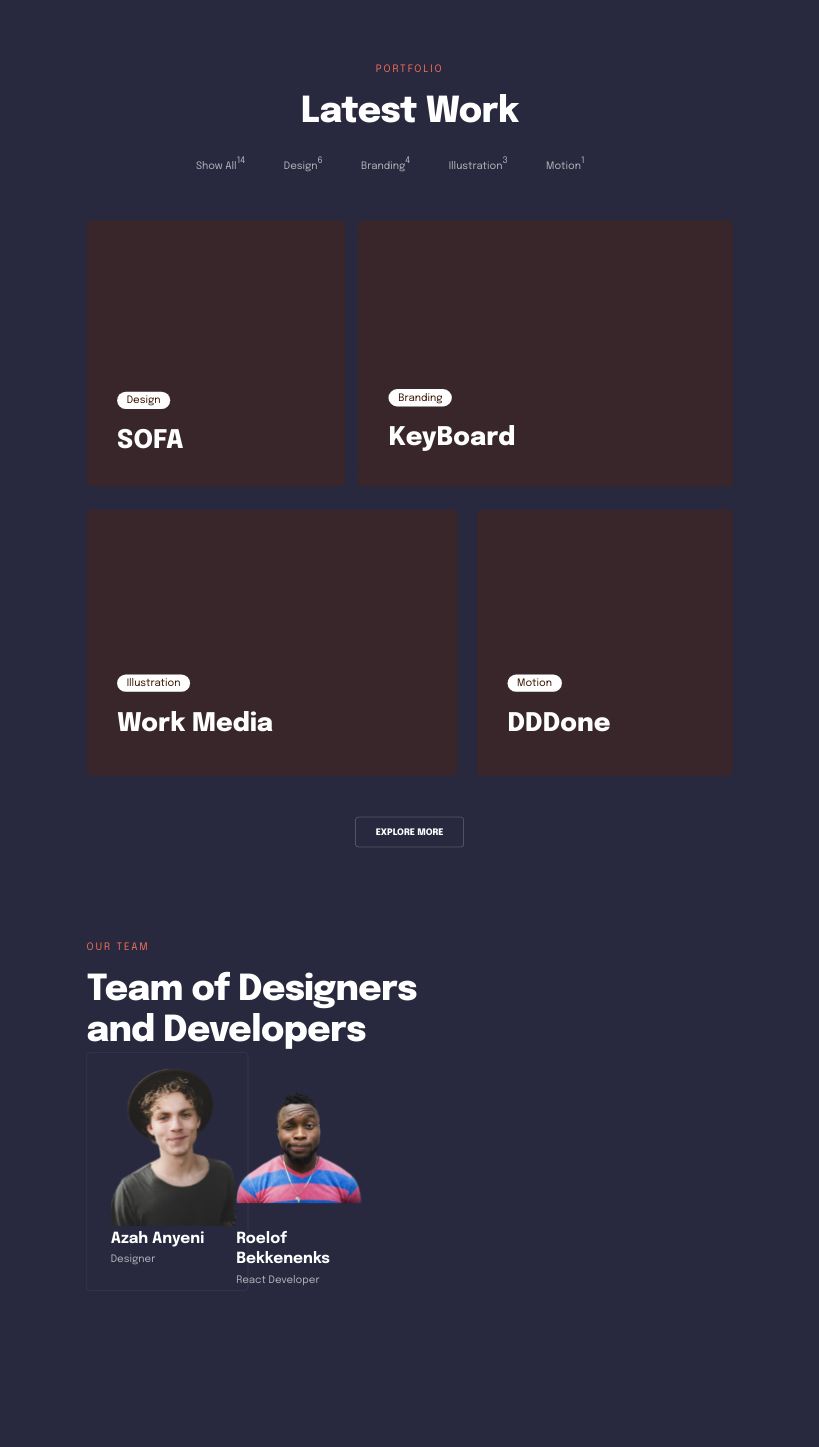
Repository: FidanXankishiyeva/figma-positions-task
Page: index.html
The author's editor kept a copy of each file at every save. The page is drawn from the files as they stood at one save, then again after the next save.
The browser window is 1280 px wide. The pictures show the whole page, at 64% of full size.

Above is the page before, as saved 2023-08-10 13:34:16.

### index.html
<!DOCTYPE html>
<html lang="en">

<head>
    <meta charset="UTF-8">
    <meta name="viewport" content="width=device-width, initial-scale=1.0">
    <title>Document</title>
    <link rel="stylesheet" href="index.css">
</head>

<body>
    <div class="container">
        <div class="page-1">
            <div class="text-box">
                <h1>Portfolio</h1>
                <h2>Latest Work</h2>
            </div>
            <nav class="position-box">
                <ul>
                    <li>
                        <h1>Show All</h1>
                        <p>14</p>
                    </li>
                    <li>
                        <h1>Design</h1>
                        <p>6</p>
                    </li>
                    <li>
                        <h1>Branding</h1>
                        <p>4</p>
                    </li>
                    <li>
                        <h1>Illustration</h1>
                        <p>3</p>
                    </li>
                    <li>
                        <h1>Motion</h1>
                        <p>1</p>
                    </li>
                </ul>
            </nav>
            <div class="photo-box">
                <div class="sofa-box">
                    <img src="./photo/sofa.svg" alt="">
                    <div class="design-box">
                        <a href="#">Design</a>
                        <p>SOFA</p>

                    </div>
                </div>
                <div class="keyboard-box">
                    <img src="./photo/keyboard.svg" alt="">
                    <div class="branding-box">
                        <a href="#">Branding</a>
                        <p>KeyBoard</p>
                    </div>
                </div>
            </div>

            <div class="photo-box-2">
                <div class="work-media">
                    <img src="./photo/Work-Media.svg" alt="">
                    <div class="illustration-box">
                        <a href="#">Illustration</a>
                        <p>Work Media</p>
                    </div>
                </div>
                <div class="done-box">
                    <img src="./photo/done.svg" alt="">
                    <div class="motion-box">
                        <a href="#">Motion</a>
                        <p>DDDone</p>
                    </div>
                </div>
            </div>
            <button>
                Explore more
            </button>
        </div>
        <div class="page-2">
            <div class="text-box-2">
                <h3 >Our Team</h3>
                <h4>Team of Designers
                    and Developers</h4>
            </div>
            <div class="team-person">
                <ul>
                    <li>
                        <img src="./photo/azah.svg" alt="">
                        <h5>Azah Anyeni</h5>
                        <h6>Designer</h6>
                    </li>
                    <li>
                        <img src="./photo/roelof.svg" alt="">
                        <h5>Roelof Bekkenenks</h5>
                        <h6>React Developer</h6>
                    </li>
                </ul>
            </div>
        </div>
    </div>

</body>

</html>

### index.css
@import url("https://fonts.googleapis.com/css2?family=Epilogue:wght@400;700;800&display=swap");
* {
  margin: 0;
  padding: 0;
  box-sizing: border-box;
}

.container {
  width: 100%;
  background-color: #28293e;
}

.page-1 {
  padding: 92px 135px 0 135px;
}
.text-box h1 {
  margin-bottom: 20px;
  color: var(--text-light-accent, #ef6d58);
  text-align: center;
  font-feature-settings: "clig" off, "liga" off;
  font-family: Epilogue;
  font-size: 16px;
  font-style: normal;
  font-weight: 400;
  line-height: 32px;
  letter-spacing: 3px;
  text-transform: uppercase;
}

.text-box h2 {
  margin-bottom: 36px;
  color: var(--text-light, #fff);
  text-align: center;
  font-feature-settings: "clig" off, "liga" off;
  font-family: Epilogue;
  font-size: 56px;
  font-style: normal;
  font-weight: 800;
  line-height: 64px;
  letter-spacing: -1px;
}

.position-box ul {
  display: flex;
  justify-content: center;
}

.position-box ul li {
  list-style-type: none;
  margin-right: 60px;
  display: flex;
}

.position-box ul li h1 {
  color: var(--text-light-gray, rgba(255, 255, 255, 0.64));
  font-feature-settings: "clig" off, "liga" off;
  font-family: Epilogue;
  font-size: 16px;
  font-style: normal;
  font-weight: 400;
  line-height: 32px;
}

.position-box ul li p {
  color: var(--text-light-gray, rgba(255, 255, 255, 0.64));
  text-align: center;
  font-feature-settings: "clig" off, "liga" off;
  font-family: Epilogue;
  font-size: 14px;
  font-style: normal;
  font-weight: 400;
}

.photo-box {
  display: flex;
  justify-content: space-between;
  margin-top: 68px;
}

.sofa-box {
  width: 40%;
  position: relative;
}

.design-box {
  position: absolute;
  bottom: 51px;
  left: 48px;
  /* top: 50%;
    left: 50%;
    transform: translate(-50%, -50%); */
}

.sofa-box img {
  width: 100%;
  height: 416px;
  margin-right: 30px;
  border-radius: 6px;
  opacity: 0.3181;
  background: #5c2000;
}

.photo-box a {
  width: 84px;
  height: 38px;
  padding: 5px 15px;
  text-decoration: none;
  border-radius: 19px;
  background: #fff;
  color: var(--text-dark, #391400);
  font-feature-settings: "clig" off, "liga" off;
  font-family: Epilogue;
  font-size: 16px;
  font-style: normal;
  font-weight: 400;
  line-height: 32px;
}

.photo-box p {
  margin-top: 23px;
  color: var(--text-light, #fff);
  font-feature-settings: "clig" off, "liga" off;
  font-family: Epilogue;
  font-size: 40px;
  font-style: normal;
  font-weight: 800;
  line-height: 48px;
}

.keyboard-box {
  position: relative;
  width: 58%;
  height: 416px;
}

.keyboard-box img {
  width: 100%;
  height: 100%;
  border-radius: 6px;
  opacity: 0.3181;
  background: #5c2000;
}

.branding-box {
  position: absolute;
  bottom: 51px;
  left: 48px;
}

.photo-box-2 {
  display: flex;
  justify-content: space-between;
  margin-top: 32px;
}

.work-media {
  position: relative;
  margin-right: 30px;
  width: 58%;
  height: 416px;
}

.work-media img {
  width: 100%;
  height: 100%;
  border-radius: 6px;
  opacity: 0.3181;
  background: #5c2000;
}

.photo-box-2 a {
  padding: 5px 15px;
  border-radius: 19px;
  text-decoration: none;
  background: #fff;
  color: var(--text-dark, #391400);
  font-feature-settings: "clig" off, "liga" off;
  font-family: Epilogue;
  font-size: 16px;
  font-style: normal;
  font-weight: 400;
  line-height: 32px;
}

.photo-box-2 p {
  margin-top: 23px;
  color: var(--text-light, #fff);
  font-feature-settings: "clig" off, "liga" off;
  font-family: Epilogue;
  font-size: 40px;
  font-style: normal;
  font-weight: 800;
  line-height: 48px;
}

.illustration-box {
  position: absolute;
  top: 256px;
  left: 48px;
}

.done-box {
  position: relative;
  width: 40%;
  height: 416px;
}

.done-box img {
  width: 100%;
  height: 100%;

  border-radius: 6px;
  opacity: 0.3181;
  background: #5c2000;
}

.motion-box {
  position: absolute;
  top: 256px;
  left: 48px;
}

.box {
  position: absolute;
  top: 64px;
  left: 500px;
}

button {
  width: 170px;
  height: 48px;
  /* padding: 18px 31px; */
  margin: auto;
  margin-top: 64px;
  display: block;
  border-radius: 6px;
  border: 1px solid rgba(255, 255, 255, 0.3);
  background-color: #28293e;
  text-decoration: none;
  color: #fff;
  text-align: center;
  font-family: Epilogue;
  font-size: 14px;
  font-style: normal;
  font-weight: 900;
  line-height: normal;
  text-transform: uppercase;
}
/* page-2 design */
.page-2 {
  padding: 140px 135px 244px 135px;
}
.text-box-2 {
  width: 531px;
}
.text-box-2 h3 {
  color: var(--text-light-accent, #ef6d58);
  font-feature-settings: "clig" off, "liga" off;
  font-family: Epilogue;
  font-size: 16px;
  font-style: normal;
  font-weight: 400;
  line-height: 32px;
  letter-spacing: 3px;
  text-transform: uppercase;
}
.text-box-2 h4 {
  margin-top: 20px;
  color: var(--text-light, #fff);
  font-feature-settings: "clig" off, "liga" off;
  font-family: Epilogue;
  font-size: 56px;
  font-style: normal;
  font-weight: 800;
  line-height: 64px;
  letter-spacing: -1px;
}
.team-person ul {
  width: 25%;
  padding: 24px 37px 0px 37px;
  display: flex;
  border-radius: 6px;
  border: 1px solid #3a3c56;
  background-color: ;
}
.team-person ul li {
  list-style-type: none;
}
.team-person img {
  width: 196px;
  height: 247px;
}
.team-person h5 {
  color: var(--text-light, #fff);
  font-feature-settings: "clig" off, "liga" off;
  font-family: Epilogue;
  font-size: 24px;
  font-style: normal;
  font-weight: 700;
  line-height: 32px;
}
.team-person h6 {
  color: var(--text-light-gray, rgba(255, 255, 255, 0.64));
  font-feature-settings: "clig" off, "liga" off;
  font-family: Epilogue;
  font-size: 16px;
  font-style: normal;
  font-weight: 400;
  line-height: 32px;
}

After the next save:
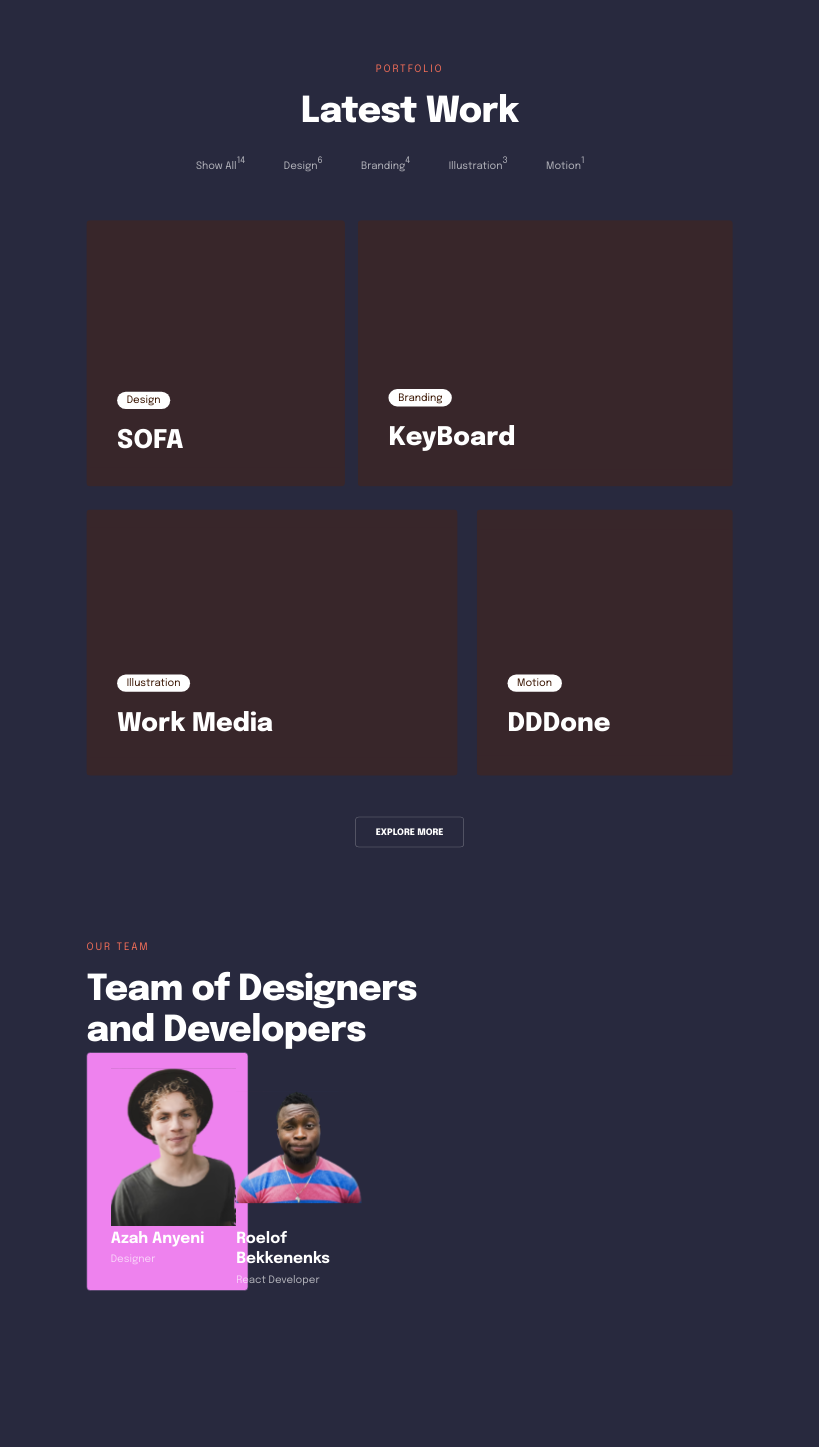
Saved 4 s later.
--- a/index.css
+++ b/index.css
@@ -281,7 +281,7 @@ button {
   display: flex;
   border-radius: 6px;
   border: 1px solid #3a3c56;
-  background-color: ;
+  background-color: violet;
 }
 .team-person ul li {
   list-style-type: none;
